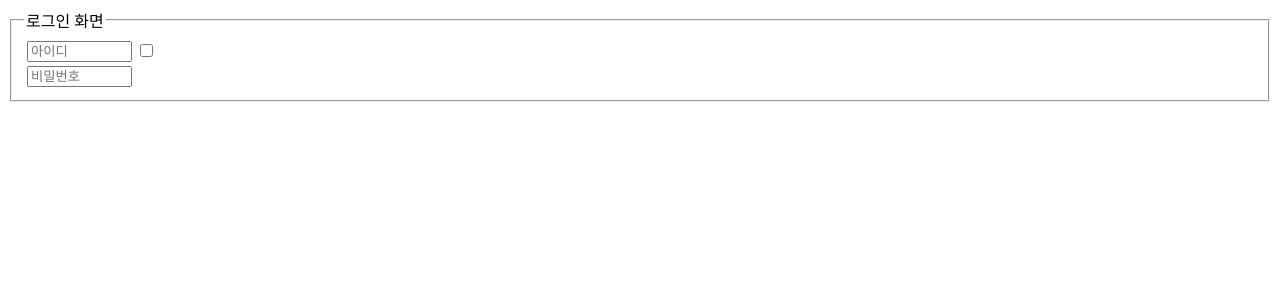
Repository: Scoobi-wisdoom/web
Page: d011/web/index.html
An editor plug-in stored every save of this project. The page is shown before and after the next save, followed by the edit.
The browser window is 1280 px wide. The pictures show the whole page.

Above is the page before, as saved 2020-08-05 07:54:22.

After the next save:
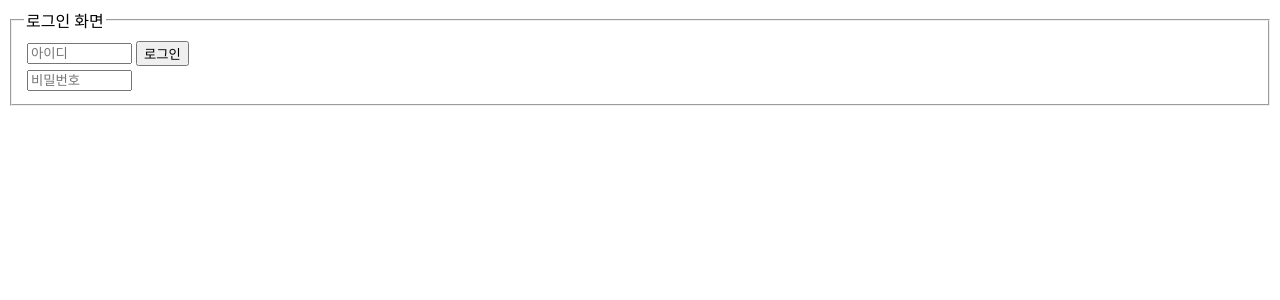
Saved 31 s later.
--- a/d011/web/index.html
+++ b/d011/web/index.html
@@ -16,7 +16,7 @@
 					<input type="text" name="id" size=10 placeholder="아이디">
 				</td>
 				<td>
-					<input type="checkbox" name="c1" value="로그인">
+					<input type="submit" value="로그인">
 				</td>
 			</tr>
 			<tr>
